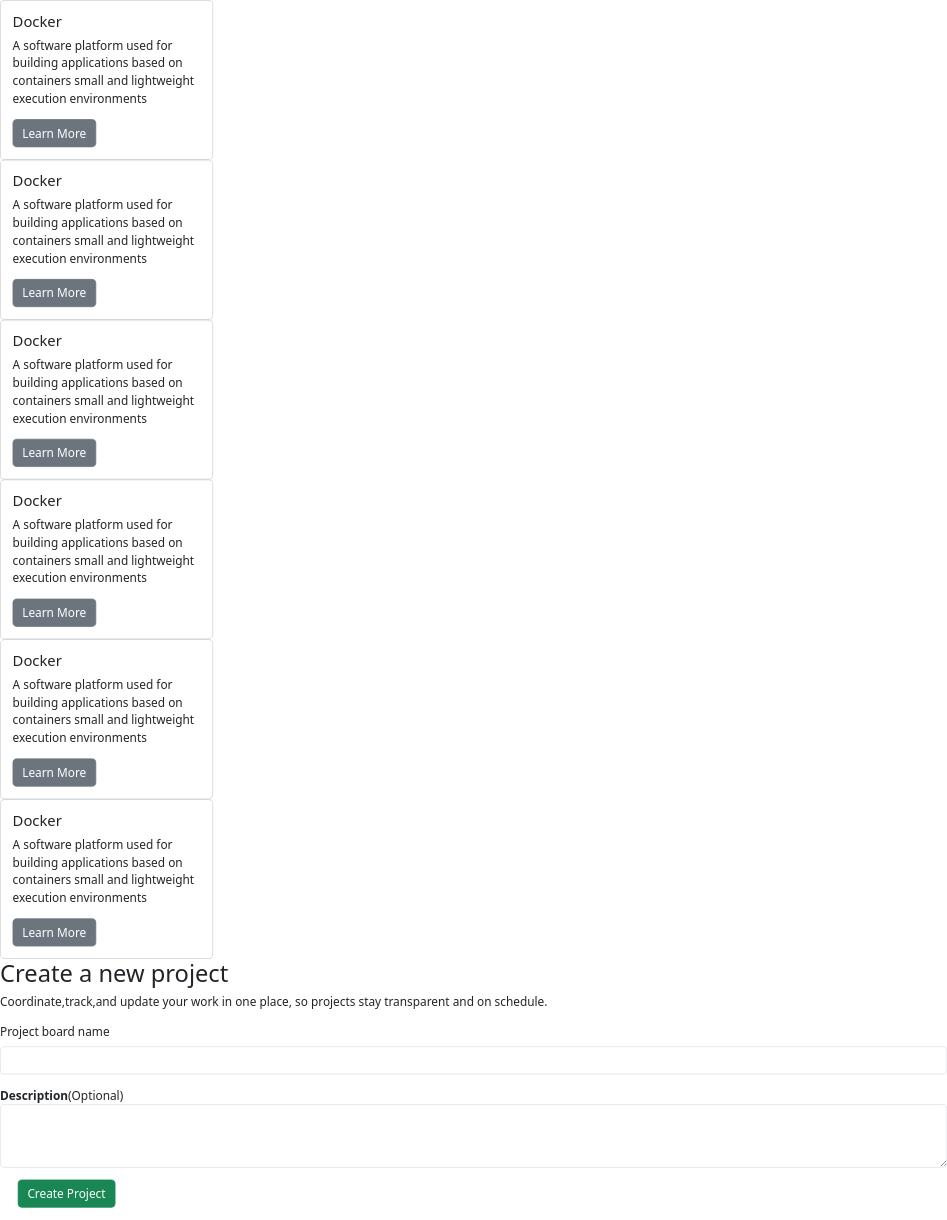
Repository: NSS-Evening-25-Cohort/e25-gitsub-control-alt-defeat
Page: index.html
An editor plug-in stored every save of this project. The page is shown before and after the next save, followed by the edit.
The browser window is 1280 px wide. The pictures show the whole page, at 74% of full size.

Above is the page before, as saved 2023-11-07 19:22:26.

After the next save:
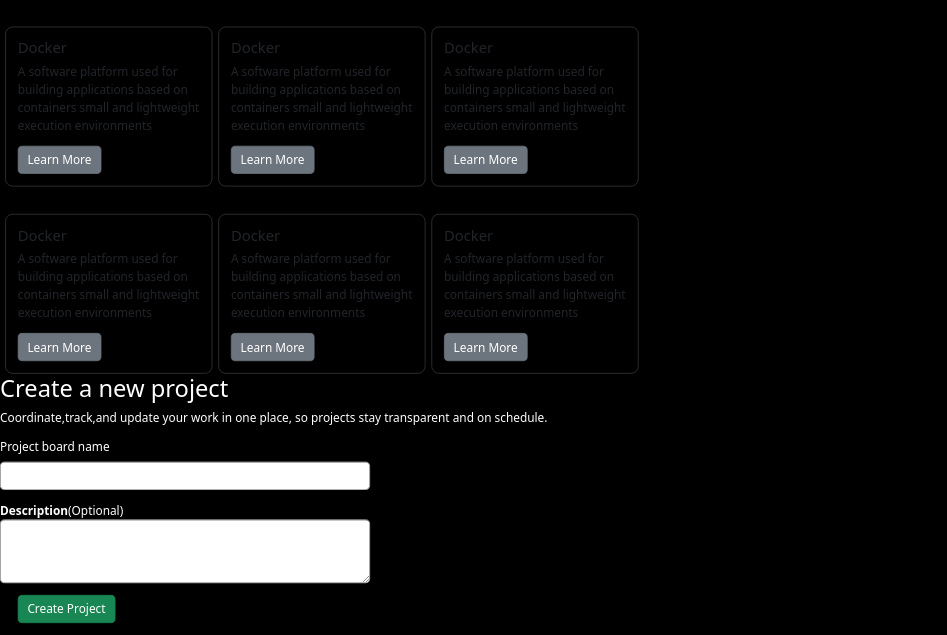
Saved 16 s later.
--- a/main.css
+++ b/main.css
@@ -1,67 +1,34 @@
-/* body {
+body {
   background-color: black;
-  display: flex;
-  flex-direction: column;
 }
 
-.headerPlacement {
+#app1{
+  flex-wrap: wrap;
   display: flex;
-  justify-content: end;
+  width: 900px;
 }
 
-header {
-  margin: 3%;
-  height: 3rem;
-  width: 65%;
-  justify-content: left;
-  display: flex;
-  gap: 5%;
-  background-color: blue;
+.mb-3{
+  width:500px;
+  color: white;
 }
 
-#sidebar {
-  background-color: blueviolet;
-  float: left;
-  margin-right: 8%;
-  width: 175px;
+.packageHeader{
+  color:white;
 }
 
-.appContainer {
-  display: flex;
-  justify-content: center;
-  margin: 3%;
+.card-body{
+  border: solid rgb(58, 58, 65) 1px;
+  border-radius: 10px;
+  background-color:black;
 }
 
-#app1 {
-  background-color: aqua;
-  height: 250px;
-  width: 400px;
+.card{
+  background-color:black;
+  padding-left: 6px;
+  padding-top: 35px;
 }
 
-#app2 {
-  margin-top: 5%;
-  background-color: blue;
-  height: 250px;
+.btn-success{
+  right: 10px;
 }
-
-.footer {
-  background-color: aquamarine;
-  display: flex;
-  justify-content: center;
-  gap: 10%;
-}   */
-
-.footer img {
-  width: 10px;
-  height: 10px;
-  border-radius: 10px;
-  margin-right: 10px;
-}
-#app2 {
-  display: flex;
-  flex-wrap: wrap;
-}
-.footer {
-  display:flex;
-  flex-wrap: wrap;
-}

After the 5 saves that followed:
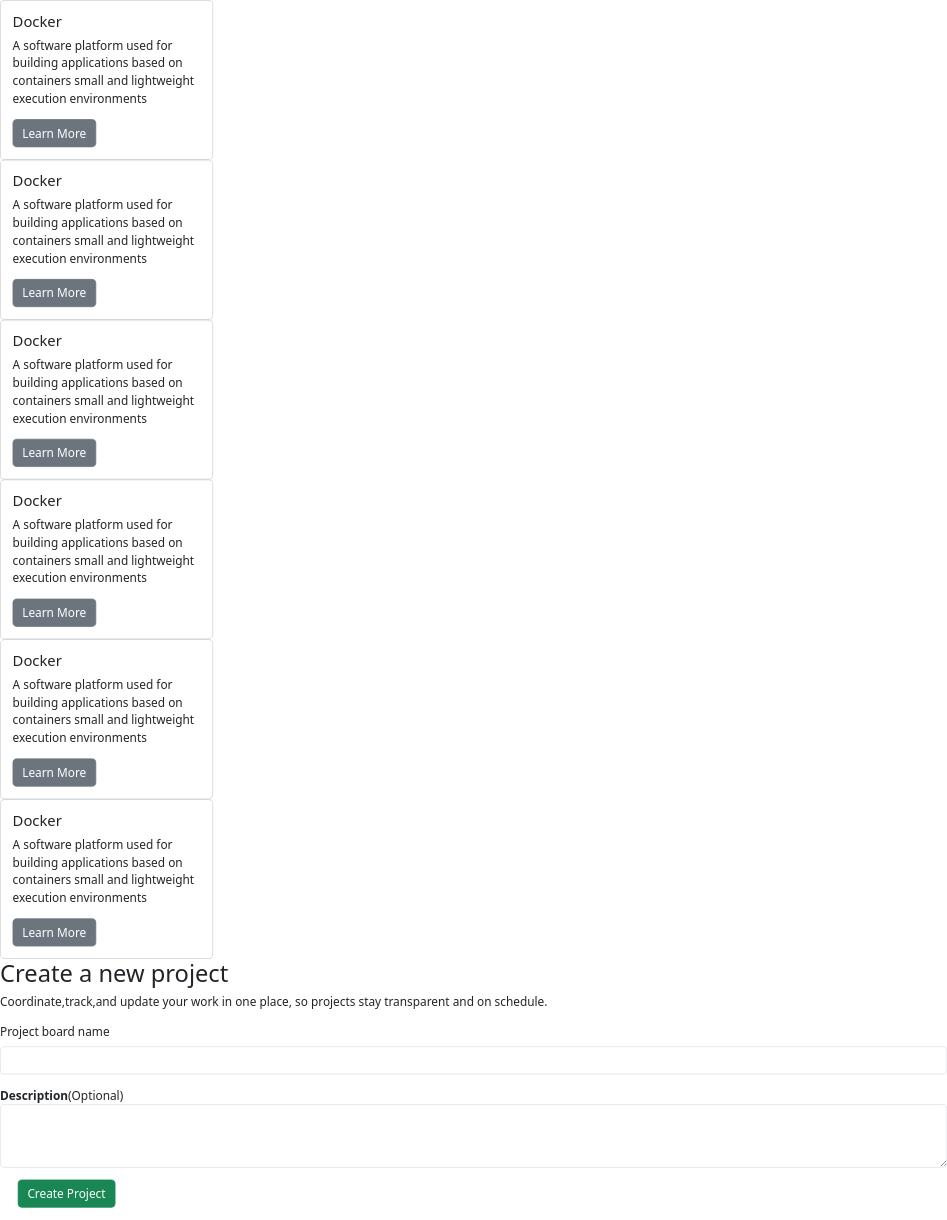
The 5 saves are shown as one change because 1 left the picture as it was and some came seconds apart.
The last was saved 26 s later.
--- a/main.css
+++ b/main.css
@@ -1,34 +1,68 @@
-body {
+/* body {
   background-color: black;
+  display: flex;
+  flex-direction: column;
 }
 
-#app1{
-  flex-wrap: wrap;
+.headerPlacement {
   display: flex;
-  width: 900px;
+  justify-content: end;
 }
 
-.mb-3{
-  width:500px;
-  color: white;
+header {
+  margin: 3%;
+  height: 3rem;
+  width: 65%;
+  justify-content: left;
+  display: flex;
+  gap: 5%;
+  background-color: blue;
 }
 
-.packageHeader{
-  color:white;
+#sidebar {
+  background-color: blueviolet;
+  float: left;
+  margin-right: 8%;
+  width: 175px;
 }
 
-.card-body{
-  border: solid rgb(58, 58, 65) 1px;
-  border-radius: 10px;
-  background-color:black;
+.appContainer {
+  display: flex;
+  justify-content: center;
+  margin: 3%;
 }
 
-.card{
-  background-color:black;
-  padding-left: 6px;
-  padding-top: 35px;
+#app1 {
+  background-color: aqua;
+  height: 250px;
+  width: 400px;
 }
 
-.btn-success{
-  right: 10px;
+#app2 {
+  margin-top: 5%;
+  background-color: blue;
+  height: 250px;
 }
+
+.footer {
+  background-color: aquamarine;
+  display: flex;
+  justify-content: center;
+  gap: 10%;
+}   */
+
+.footer img {
+  width: 10px;
+  height: 10px;
+  border-radius: 10px;
+  margin-right: 10px;
+}
+#app2 {
+  display: flex;
+  flex-wrap: wrap;
+}
+.footer {
+  display:flex;
+  flex-wrap: wrap;
+  gap: 5px;
+}
